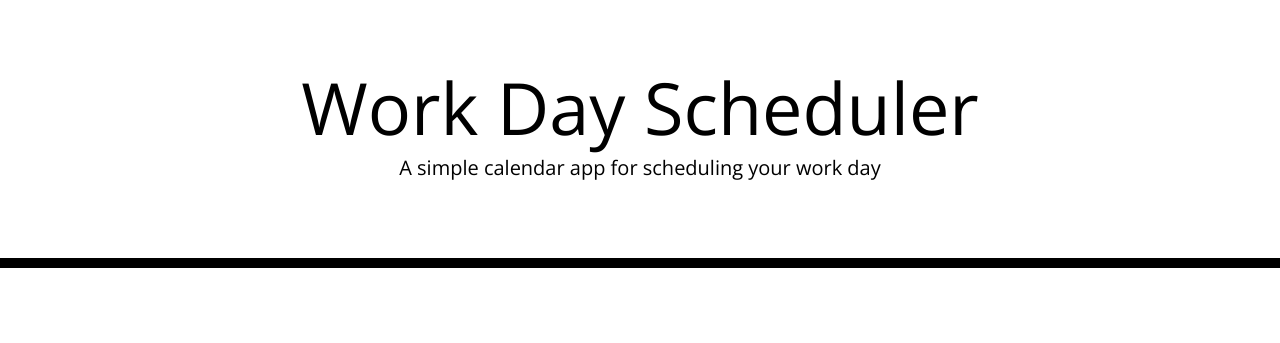
Repository: ziffoit/Work-Day_Scheduler
Page: Develop/index.html
These files come from the project's save history. The page is drawn as it stood at one moment and after the next save; the edit follows.
The browser window is 1280 px wide. The pictures show the whole page.
Some web libraries are served in a nearby version.

Above is the page before, as saved 2021-03-16 13:14:07.
Console error: ReferenceError: displayTime is not defined

After the next save:
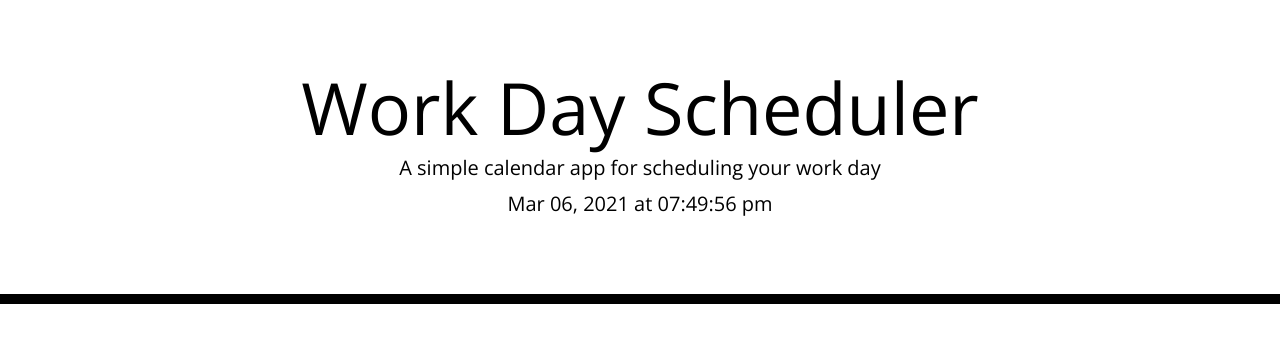
The error is gone.
Saved 34 s later.
--- a/Develop/script.js
+++ b/Develop/script.js
@@ -5,4 +5,4 @@ function dateAndTime() {
     currentDay.text(rightNow);
   }
 
-  setInterval(displayTime, 1000)
+  setInterval(dateAndTime, 1000)
